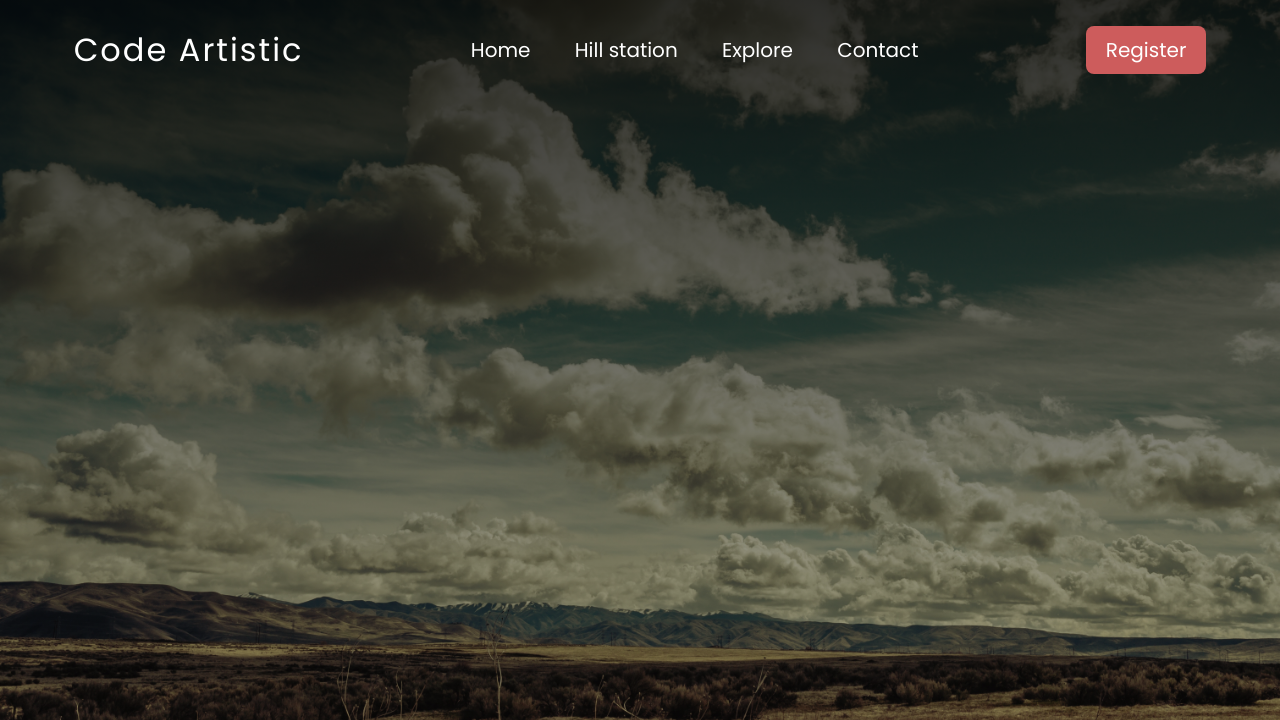
Repository: Ruxmary7/energy
Page: starter/index.html
The author's editor kept a copy of each file at every save. The page is drawn from the files as they stood at one save, then again after a run of saves.
The browser window is 1280 px wide. The pictures show the whole page.

Above is the page before, as saved 2025-01-10 22:08:46.

After the next 5 saves:
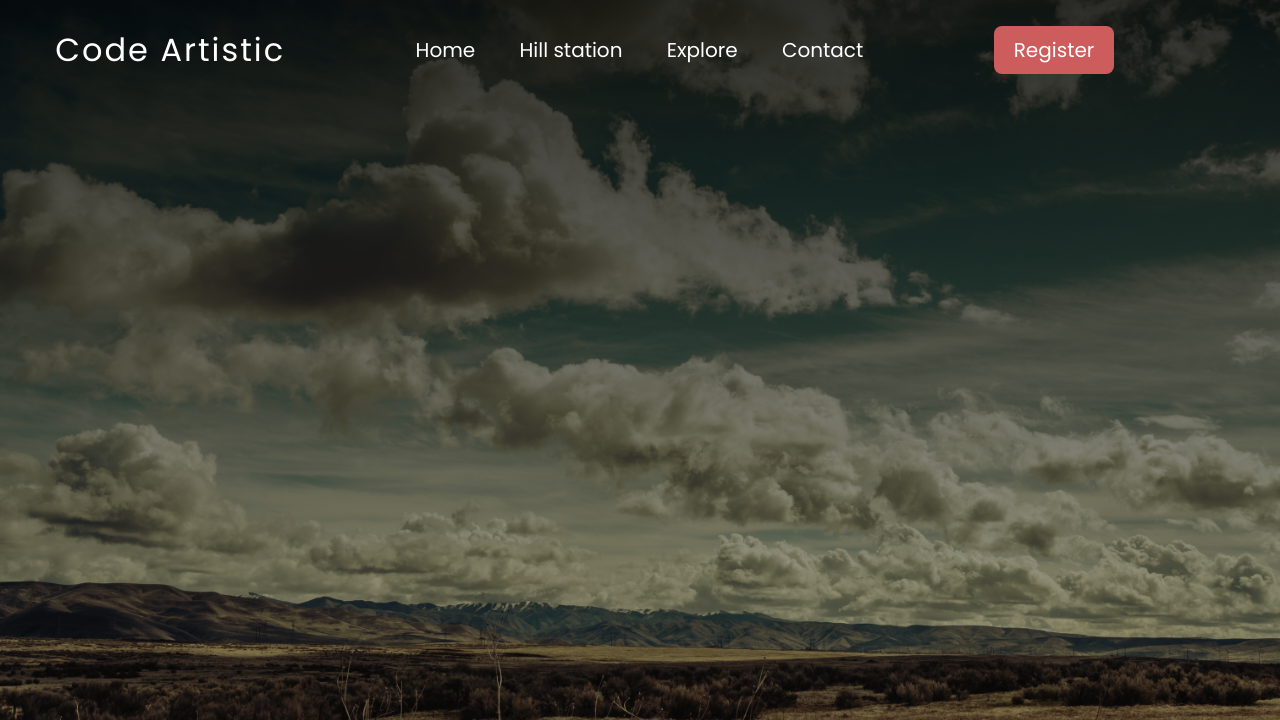
The 5 saves are shown as one change because they came seconds apart.
The last was saved 32 s later.
--- a/starter/index.html
+++ b/starter/index.html
@@ -22,6 +22,9 @@ Code Artistic
 <div class="register">
     <a href="#">Register</a>
 </div>
+<section><span>
+
+</span></section>
 
     </header>
 </body>
